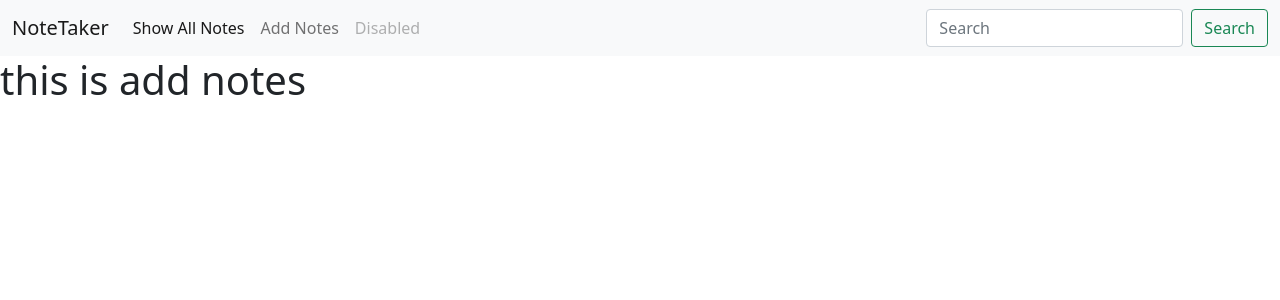
Repository: Shubham-Kumar-cmd/Hibernate
Page: http://localhost/NoteTakerApp/addNotes.jsp
These files come from the project's save history. The page is drawn as it stood at one moment and after the next save; the edit follows.
The browser window is 1280 px wide. The pictures show the whole page.
The page is served by Tomcat 9. Other server files are loaded and not shown.

Above is the page before, as saved 2023-02-07 09:33:57.

### NoteTakerApp/src/main/webapp/addNotes.jsp
<%@ page language="java" contentType="text/html; charset=ISO-8859-1"
    pageEncoding="ISO-8859-1"%>
    <%@include file="header.jsp" %>
<!DOCTYPE html>
<html>
<head>
<meta charset="ISO-8859-1">
<link
	href="https://cdn.jsdelivr.net/npm/bootstrap@5.0.2/dist/css/bootstrap.min.css"
	rel="stylesheet"
	integrity="sha384-EVSTQN3/azprG1Anm3QDgpJLIm9Nao0Yz1ztcQTwFspd3yD65VohhpuuCOmLASjC"
	crossorigin="anonymous">
<title>Add Notes</title>
</head>
<body>
<h1>this is add notes</h1>
</body>
</html>

### NoteTakerApp/src/main/webapp/header.jsp
<%@ page language="java" contentType="text/html; charset=ISO-8859-1"
	pageEncoding="ISO-8859-1"%>
<!DOCTYPE html>
<html>
<head>
<meta charset="ISO-8859-1">
<link
	href="https://cdn.jsdelivr.net/npm/bootstrap@5.0.2/dist/css/bootstrap.min.css"
	rel="stylesheet"
	integrity="sha384-EVSTQN3/azprG1Anm3QDgpJLIm9Nao0Yz1ztcQTwFspd3yD65VohhpuuCOmLASjC"
	crossorigin="anonymous">
<title>Header</title>
</head>
<body>
	<nav class="navbar navbar-expand-lg navbar-light bg-light">
		<div class="container-fluid">
			<a class="navbar-brand" href="#">NoteTaker</a>

			<div class="collapse navbar-collapse" id="navbarSupportedContent">
				<ul class="navbar-nav me-auto mb-2 mb-lg-0">
					<li class="nav-item"><a class="nav-link active"
						aria-current="page" href="showAllNotes.jsp">Show All Notes</a></li>
					<li class="nav-item"><a class="nav-link" href="addNotes.jsp">Add Notes</a></li>

					<li class="nav-item"><a class="nav-link disabled" href="#"
						tabindex="-1" aria-disabled="false">Disabled</a></li>
				</ul>
				<form class="d-flex">
					<input class="form-control me-2" type="search" placeholder="Search"
						aria-label="Search">
					<button class="btn btn-outline-success" type="submit">Search</button>
				</form>
			</div>
		</div>
	</nav>
</body>
</html>

After the next save:
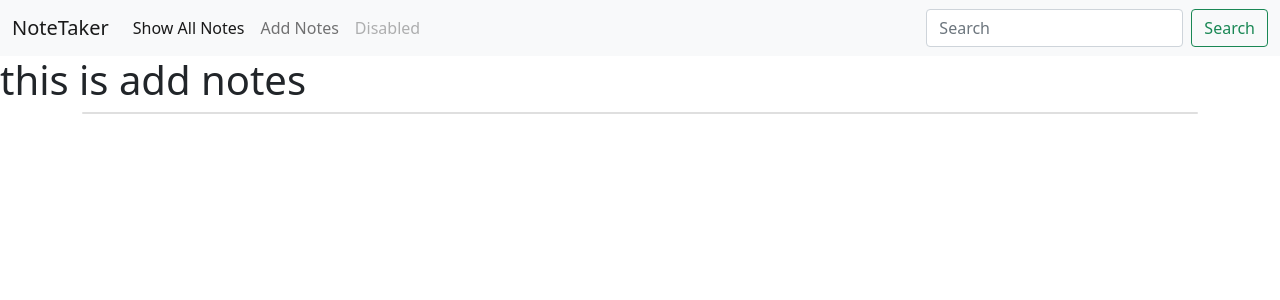
Saved 2 min 42 s later.
--- a/NoteTakerApp/src/main/webapp/addNotes.jsp
+++ b/NoteTakerApp/src/main/webapp/addNotes.jsp
@@ -14,5 +14,10 @@
 </head>
 <body>
 <h1>this is add notes</h1>
+<div class="container">
+	<div class="card">
+
+	</div>
+</div>
 </body>
 </html>
